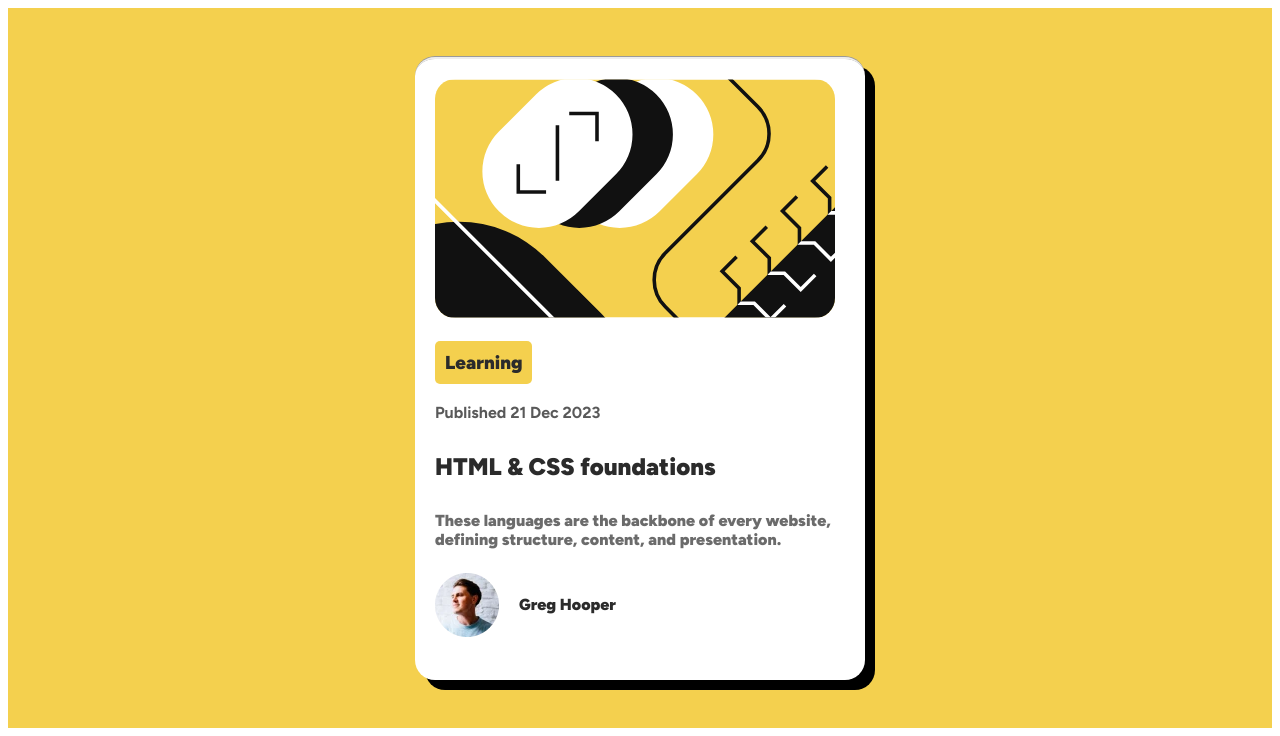
Repository: reemoon-ctrl/blog-preview-card
Page: index.html
An editor plug-in stored every save of this project. The page is shown before and after the next save, followed by the edit.
The browser window is 1280 px wide. The pictures show the whole page.

Above is the page before, as saved 2024-07-20 09:25:28.

### index.html
<!DOCTYPE html>
<html>
    <head>
        <title>Frontend Mentor | Blog preview card</title>
        <link rel="stylesheet" href="index.css" />
        <style>
            @import url('https://fonts.googleapis.com/css2?family=Figtree:ital,wght@0,300..900;1,300..900&display=swap');
        </style>


    </head>
    <body>
        <article class="blog-card-article">
            <div class="blog-card">
                <img class="blog-img"src="img\illustration-article.svg" alt="illustration-article" />
                <h3 class="blog-category">Learning</h3>
                <b class="blog-date">Published 21 Dec 2023</b>
                <h1 class="blog-title">HTML & CSS foundations</h1>
                <b class="blog-discrip">These languages are the backbone of every website, defining structure, content, and presentation.</b>
                <h2 class="blog-author"><img  src="img\image-avatar.webp" alt="Greg Hooper avatar"/>Greg Hooper</h2>
            </div>
        </article>

    </body>
</html>

### index.css
.blog-card-article{
    min-height: 100vh;
    display: flex;
    align-items:center;
    justify-content: center;
    background-color: hsl(47, 88%, 63%);


}

.blog-card{
    background-color: white;
    padding: 20px 20px 20px 20px;
    border: 1px #ddd ;
    /* border-left-color: hsl(0, 0%, 17%); */
    border-top:groove ;
    border-radius: 20px;
    flex-basis: 450px;
    box-shadow:10px 10px;
}

.blog-img{
    border-radius: 20px;
    width: 400px;


}

.blog-category{

    background-color: hsl(47, 88%, 63%);
    width:fit-content;
    border-radius: 5px;
    padding: 10px 10px;
    font-family: "Figtree", sans-serif;
    font-optical-sizing: auto;
    font-weight: 900;
    font-style:normal;
    color: hsl(0, 0%, 17%);



}

.blog-date{
    color: hsl(0, 0%, 35%);
    padding: 10px 0;
    font-family: "Figtree", sans-serif;
    font-optical-sizing: auto;
    font-weight: 700;
    font-style: normal;

}

.blog-title{
    padding: 10px 0;
    font-family: "Figtree", sans-serif;
    font-optical-sizing: auto;
    font-weight: 900;
    font-style: normal;
    color: hsl(0, 0%, 17%);

}
.blog-discrip{
    color:hsl(0, 0%, 42%);
    padding: 10px 0px;
    font-family: "Figtree", sans-serif;
    font-optical-sizing: auto;
    font-weight: 900;
    font-style: normal;

}

.blog-author{

    display: flex;
    align-items:center;
    padding: 10px 0px;
    gap: 20px;
    font-family: "Figtree", sans-serif;
    font-optical-sizing: auto;
    font-weight:900;
    font-style: normal;
    color: hsl(0, 0%, 17%);
    font-size: 16px;

}
*{
    box-sizing: border-box;
}

After the next save:
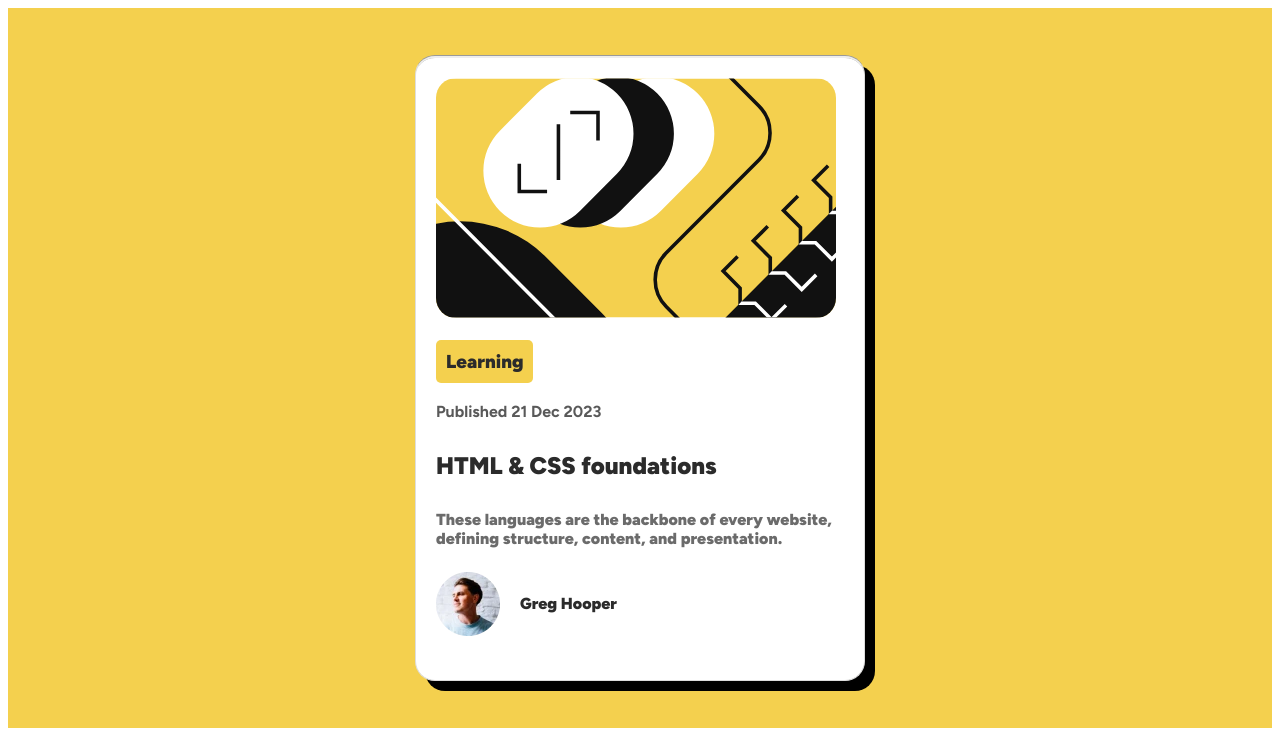
Saved 9 s later.
--- a/index.css
+++ b/index.css
@@ -11,7 +11,7 @@
 .blog-card{
     background-color: white;
     padding: 20px 20px 20px 20px;
-    border: 1px #ddd ;
+    border: 1px #ddd solid;
     /* border-left-color: hsl(0, 0%, 17%); */
     border-top:groove ;
     border-radius: 20px;
